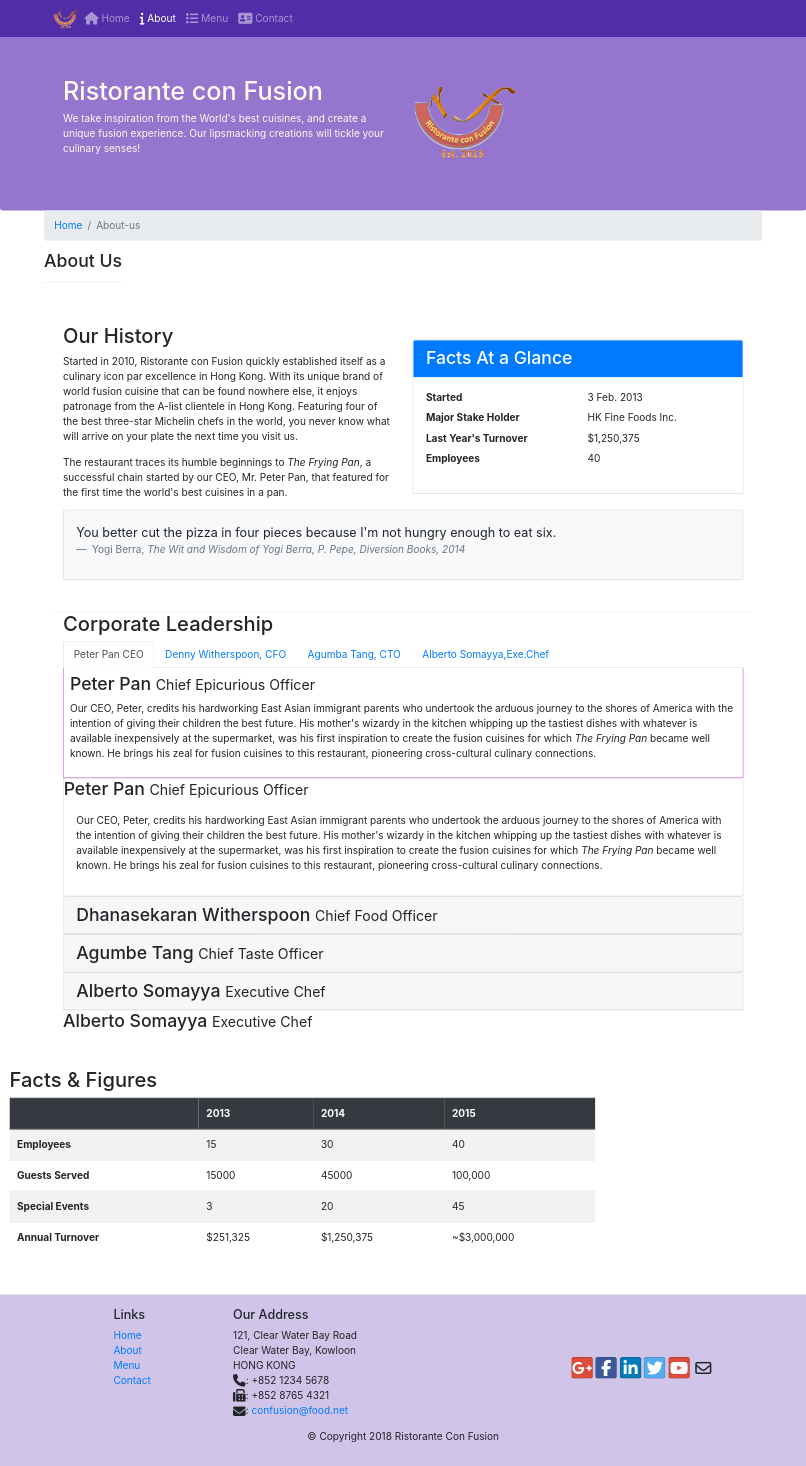
Repository: Samkiroko/Boostrap_intro
Page: about-us.html
An editor plug-in stored every save of this project. The page is shown before and after the next save, followed by the edit.
The browser window is 1280 px wide. The pictures show the whole page, at 63% of full size.
Some web libraries are served in a nearby version.

Above is the page before, as saved 2020-02-05 11:46:01.

After the next save:
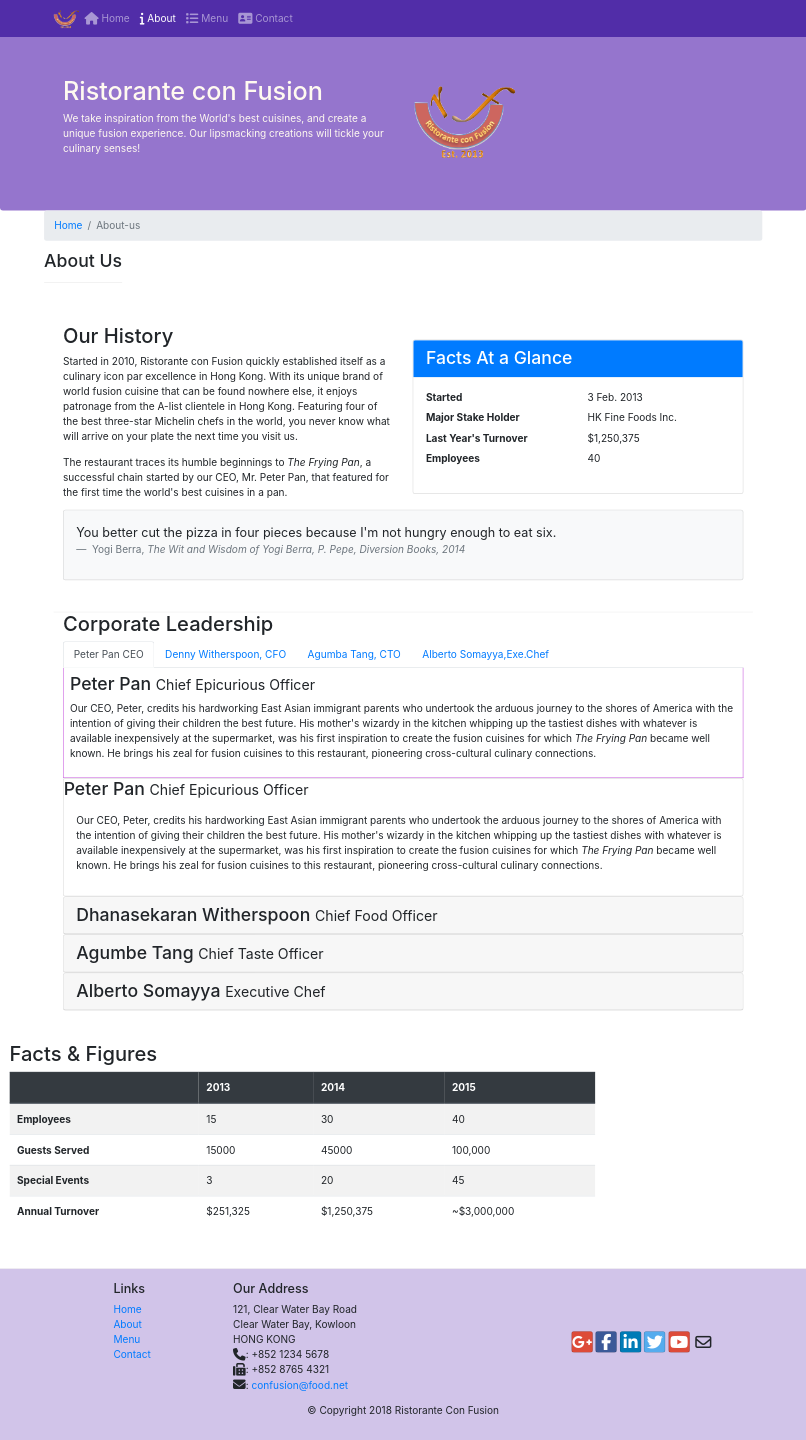
Saved 33 s later.
--- a/about-us.html
+++ b/about-us.html
@@ -345,10 +345,6 @@
                 </div>
               </div>
             </div>
-          </div>
-
-          <div role="tabpanel" class="tab-pane fade show " id="alberto">
-            <h3>Alberto Somayya <small>Executive Chef</small></h3>
           </div>
         </div>
       </div>
